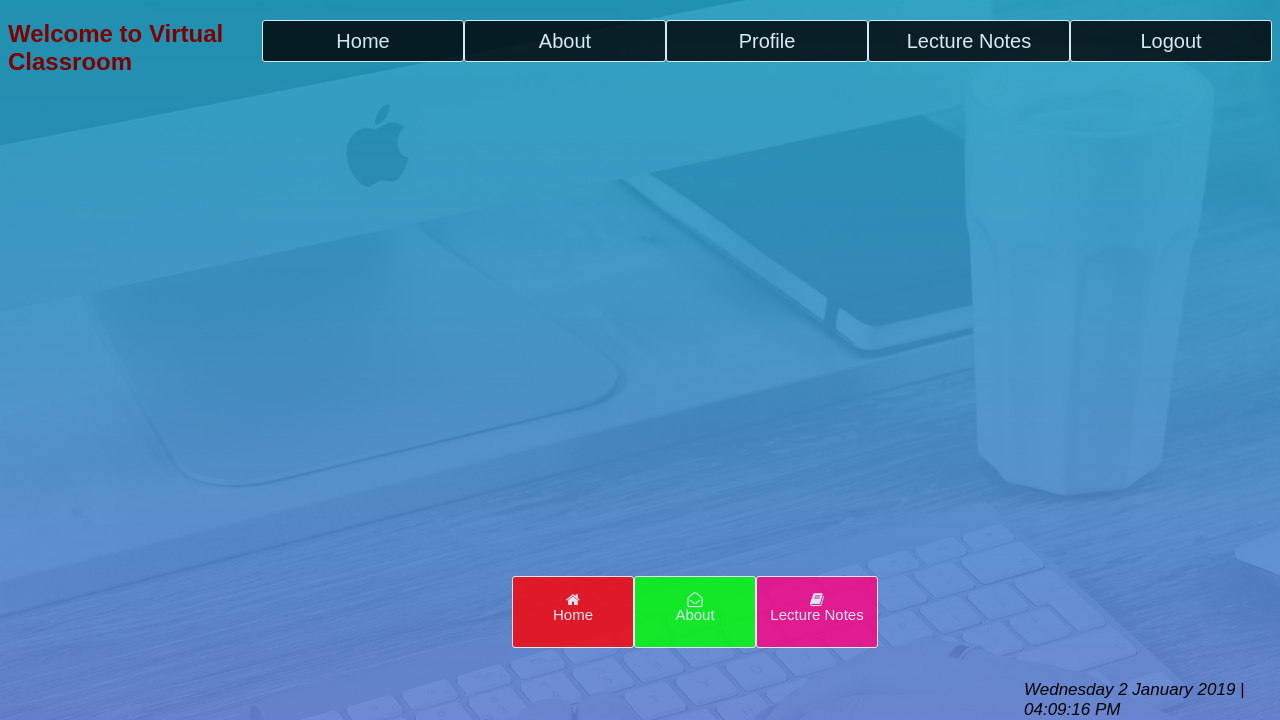
Repository: Rajendra1998/Virtual_classroom_mvc_project
Page: http://localhost/Virtual_classroom/Student_logged1.jsp
An editor plug-in stored every save of this project. The page is shown before and after the next save, followed by the edit.
The browser window is 1280 px wide. The pictures show the whole page.
The page is served by Tomcat 9. Other server files are loaded and not shown.

Above is the page before, as saved 2019-01-04 20:44:35.

### Virtual_classroom/WebContent/Student_logged1.jsp
<%@ page language="java" contentType="text/html; charset=ISO-8859-1"
    pageEncoding="ISO-8859-1"
    import="model.Student"%>
<!DOCTYPE html PUBLIC "-//W3C//DTD HTML 4.01 Transitional//EN" "http://www.w3.org/TR/html4/loose.dtd">
<html>
<head>
<meta http-equiv="Content-Type" content="text/html; charset=ISO-8859-1">
<title> STUDENT | HOME </title>
<link rel="stylesheet" href="https://maxcdn.bootstrapcdn.com/font-awesome/4.7.0/css/font-awesome.min.css">
	<style type="text/css" rel="stylesheet">
	body{
		background-image:url(1.jpg);
		background-repeat:no-repeat;
	 	font-family:sans-serif;
		background-size:cover;
	}
	#MyClockDisplay{
		font-color:red;
		font-style:oblique;
		font-size:17px;
		position:absolute;
		top:94.5%;
		left:80%;
	}
	h2{
		color:#800000;
	}
	.menu nav{
		position:relative;
		float:right;
	}
	.menu nav ul{
		margin: 0px;
		padding: 0px;
		list-style: none;
	}
	.menu nav ul li {
		float:left;
		width: 200px;
		height: 40px;
		background-color: black;
		border:1px  solid white;
		opacity: .8;
		line-height: 40px;
		text-align: center;
		font-size: 20px;
		position:relative;
		border-radius:3px;
	}
	.menu nav ul li a {
		text-decoration: none;
		color:white;
		display:block;
	}
	.menu nav ul li a:hover {
		background-color: green;
		border-radius: 3px;
	}
	.menu nav ul ul  {
		position:absolute;
		display: none;
	}
	.menu nav ul li:hover > ul {
		display: block;

	}
	.menu nav ul ul ul{
		margin-left: 200px;
		top:0px;
	}
	.menu1 nav{
		position:absolute;
		top:80%;
		left:40%;

	}
	.menu1 nav ul{
		margin: 0px;
		padding: 0px;
		list-style: none;
	}
	.menu1 nav ul li {
		float:left;
		width: 120px;
		height: 70px;
		border:1px  solid white;
		opacity: .8;
		line-height: 15px;
		text-align: center;
		font-size: 15px;
		position:relative;
		border-radius:3px;

	}
	.menu1 nav ul li.home{
		background-color: red;
	}
	.menu1 nav ul li.about{
		background-color: #00ff00;
	}
	.menu1 nav ul li.notes{
		background-color:#ff0080;
	}
	.menu1 nav ul li a {
		text-decoration: none;
		color:white;
		display:block;
	}

	</style>
</head>
<body>
<div id="MyClockDisplay"></div>
	<script type="text/javascript">
		function showTime()
		{
			//Date
			var mydate=new Date();
			var year=mydate.getYear(); //get the year.
				if(year <1000)
					{
						year+=1900;
					}
			var day=mydate.getDay(); //get the day.
			var month=mydate.getMonth(); //get the month.
			var daym=mydate.getDate(); //day of the month.
			var dayarray= new Array("Sunday","Monday","Tuesday","Wednesday","Thursday","Friday","Saturday");
			var montharray=new Array("January","February","March","April","May","June","July","August","September","October","November","December");

			//Time
			var date = new Date();
			var h= date.getHours(); //0-23
			var m= date.getMinutes(); //0-59
			var s=date.getSeconds(); //0-59
			var session="AM";
			if(h==0){
				h=12;
			}
			if(h>12){
				h=h-12;
				session="PM";
			}
			h=(h<10) ? "0"+ h : h;
			m=(m<10) ? "0"+ m : m;
			s=(s<10) ? "0"+ s : s;

			var date1="" +dayarray[day]+ " " +daym+ " " +montharray[month]+ " " +year+   "  |  "   +h + ":" + m + ":" + s + " " + session;

			document.getElementById("MyClockDisplay").innerText = date1;
			document.getElementById("MyClockDisplay").textContent = date1;

			setTimeout(showTime,1000);
		}
		showTime();

	</script>
	<div class="menu">

	<nav>
	<ul>
		<li><a href="Student_logged.jsp">Home</a></li>
		<li><a href="#">About</a></li>
		<li><a>Profile</a>
			<ul>
				<li><a href="stud_pro">View Profile</a></li>
			</ul>
		</li>
		<li><a href="stud_view_fac">Lecture Notes</a></li>
		<li><a href="LogoutServlet">Logout</a></li>
	</ul>
	</nav>
	</div>
	<%Student currentUser=(Student)session.getAttribute("currentSessionUser");%>
	<h2>Welcome to Virtual Classroom</h2>
	<br>

	<div class="menu1">
		<nav>
			<ul>
				<li class="home"><a href="Student_logged.jsp"><br><i class="fa fa-home" aria-hidden="true"></i><br>Home</a></li>
				<li class="about"><a href="#"><br><i class="fa fa-envelope-open-o" aria-hidden="true"></i></i><br>About</a></li>
				<li class="notes"><a href="stud_view_fac"><br><i class="fa fa-book" aria-hidden="true"></i><br>Lecture Notes</a></li>
			</ul>
		</nav>
	</div>

</body>
</html>

After the next save:
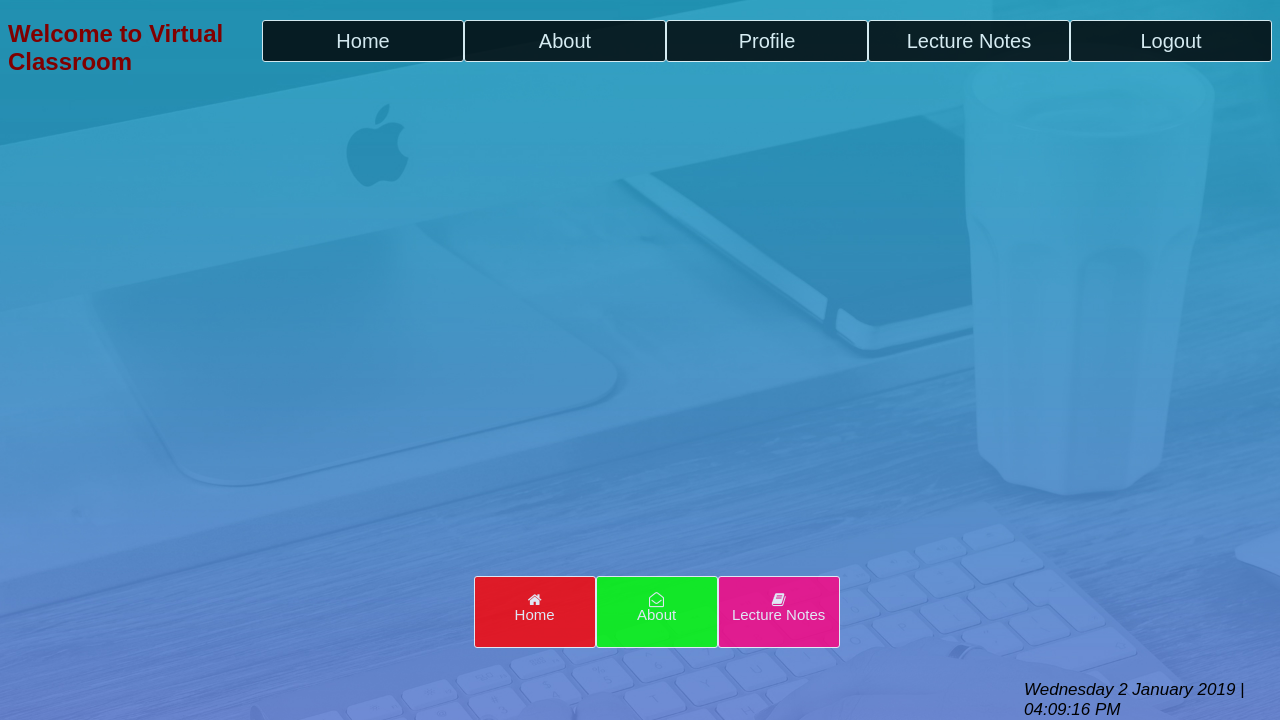
Saved 81 s later.
--- a/Virtual_classroom/WebContent/Student_logged1.jsp
+++ b/Virtual_classroom/WebContent/Student_logged1.jsp
@@ -71,7 +71,7 @@
 	.menu1 nav{
 		position:absolute;
 		top:80%;
-		left:40%;
+		left:37%;
 
 	}
 	.menu1 nav ul{
